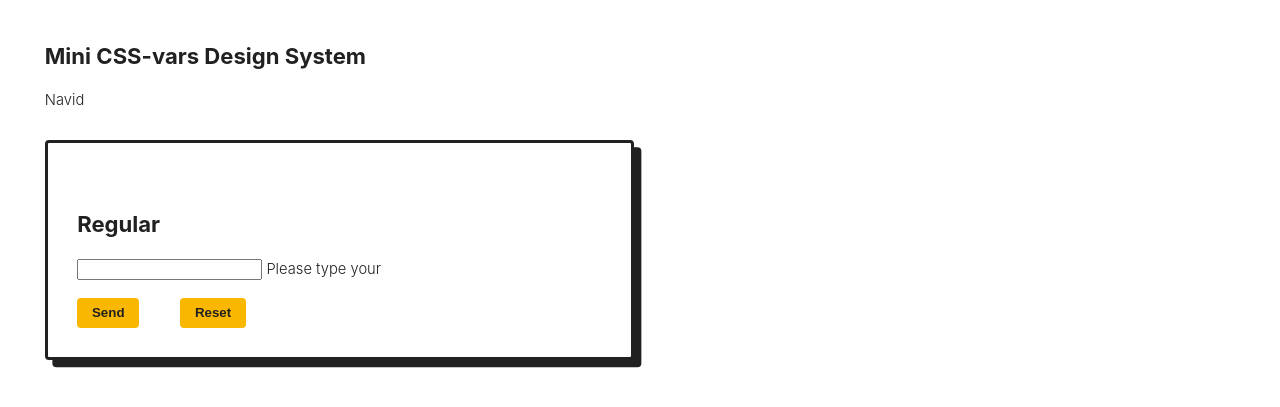
Repository: navid-amini12/capstone-1
Page: quiz.html
An editor plug-in stored every save of this project. The page is shown before and after the next save, followed by the edit.
The browser window is 1280 px wide. The pictures show the whole page.
Some web fonts or font styles are not loaded; a fallback is used.

Above is the page before, as saved 2022-05-17 12:24:53.

### quiz.html

<head>
    <link rel="stylesheet" href="quiz.css">
    </head>

<article class="l-design-widht">
    <h1>Mini CSS-vars Design System</h1>

   <p>Navid</p>

    <div class="card">
      <h2><svg class="icon" aria-hidden="true">
        <h2>Regular</h2>
      <label class="input">
        <input class="input__field" type="text" placeholder=" " />
        <span class="input__label">Please type your</span>
      </label>
      <div class="button-group">
        <button>Send</button>
        <button type="reset">Reset</button>
      </div>
    </div>



  <svg xmlns="http://www.w3.org/2000/svg" class="hidden">
    <symbol id="icon-coffee" viewBox="0 0 20 20">
      <title>icon-coffee</title>
      <path fill="currentColor" d="M15,17H14V9h3a3,3,0,0,1,3,3h0A5,5,0,0,1,15,17Zm1-6v3.83A3,3,0,0,0,18,12a1,1,0,0,0-1-1Z"/>
      <rect fill="currentColor" x="1" y="7" width="15" height="12" rx="3" ry="3"/>
      <path fill="var(--color-accent)" d="M7.07,5.42a5.45,5.45,0,0,1,0-4.85,1,1,0,0,1,1.79.89,3.44,3.44,0,0,0,0,3.06,1,1,0,0,1-1.79.89Z"/>
      <path fill="var(--color-accent)" d="M3.07,5.42a5.45,5.45,0,0,1,0-4.85,1,1,0,0,1,1.79.89,3.44,3.44,0,0,0,0,3.06,1,1,0,1,1-1.79.89Z"/>
      <path fill="var(--color-accent)" d="M11.07,5.42a5.45,5.45,0,0,1,0-4.85,1,1,0,0,1,1.79.89,3.44,3.44,0,0,0,0,3.06,1,1,0,1,1-1.79.89Z"/>
    </symbol>
  </svg>

### quiz.css
@import url('https://rsms.me/inter/inter.css');

:root {
  --color-light: white;
  --color-dark: #212121;
  --color-signal: #fab700;

  --color-background: var(--color-light);
  --color-text: var(--color-dark);
  --color-accent: var(--color-signal);

  --size-bezel: .5rem;
  --size-radius: 4px;

  line-height: 1.4;

  font-family: 'Inter', sans-serif;
  font-size: calc(.6rem + .4vw);
  color: var(--color-text);
  background: var(--color-background);
  font-weight: 300;
  padding: 0 calc(var(--size-bezel) * 3);
}





.card {
  background: var(--color-background);
  padding: calc(4 * var(--size-bezel));
  margin-top: calc(4 * var(--size-bezel));
  border-radius: var(--size-radius);
  border: 3px solid var(--color-shadow, currentColor);
  box-shadow: .5rem .5rem 0 var(--color-shadow, currentColor);




}


.l-design-widht {
  max-width: 40rem;
  padding: 1rem;
}

.input {
  position: relative;








}


.button-group {
  margin-top: calc(var(--size-bezel) * 2.5);
}

button {
  color: currentColor;
  padding: var(--size-bezel) calc(var(--size-bezel) * 2);
  background: var(--color-accent);
  border: none;
  border-radius: var(--size-radius);
  font-weight: 900;


}

button + button {
  margin-left: calc(var(--size-bezel) * 5);
}

.icon {
  display: inline-block;
  height: 0em;
  margin-right: .5em;
}

After the next save:
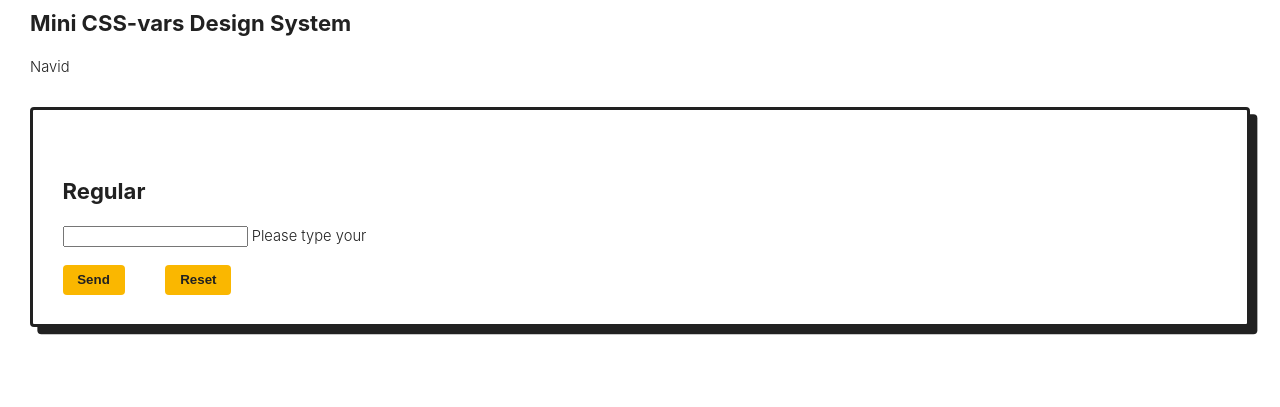
Saved 8 s later.
--- a/quiz.css
+++ b/quiz.css
@@ -40,10 +40,6 @@
 }
 
 
-.l-design-widht {
-  max-width: 40rem;
-  padding: 1rem;
-}
 
 .input {
   position: relative;

After the 3 saves that followed:
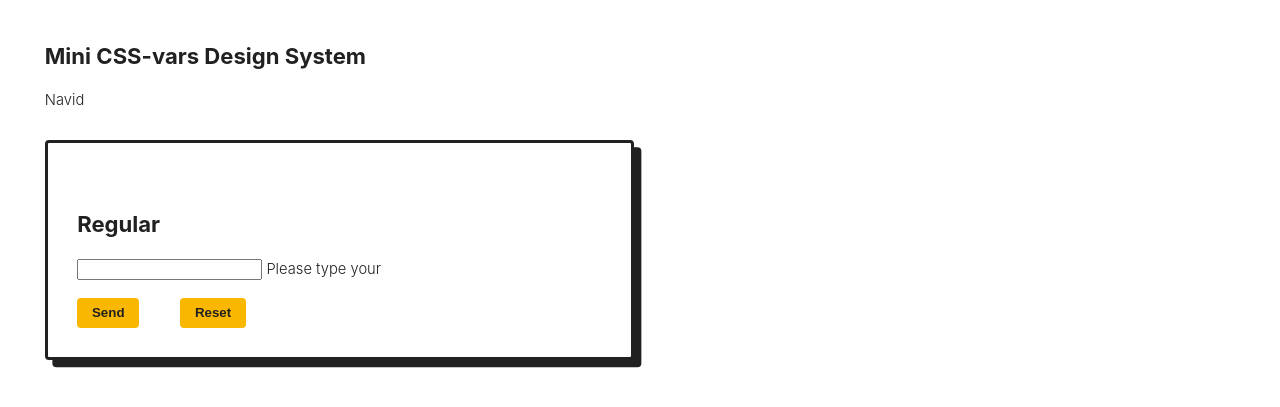
The 3 saves are shown as one change because 1 left the picture as it was and some came seconds apart.
The last was saved 17 s later.
--- a/quiz.css
+++ b/quiz.css
@@ -40,6 +40,10 @@
 }
 
 
+.l-design-widht {
+  max-width: 40rem;
+  padding: 1rem;
+}
 
 .input {
   position: relative;
